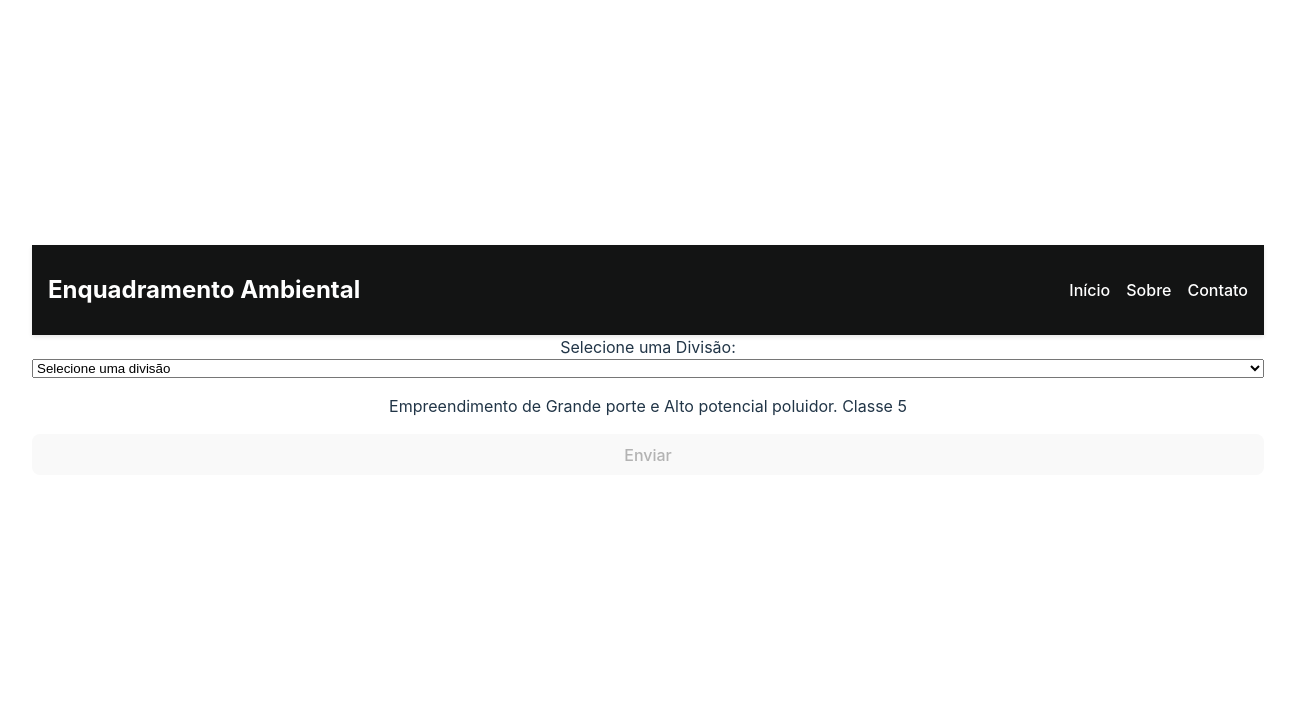
Repository: dev-celo/meio-ambiente
Page: /
An editor plug-in stored every save of this project. The page is shown before and after the next save, followed by the edit.
The browser window is 1280 px wide. The page is 1296 px wide, then 1280 px, so the pictures cover 1296 px, including what lies to the right of the window. The pictures show the whole page.
The project was rebuilt for these pictures with package versions that can differ from the ones it lists, and the page was loaded fresh each time. Also part of the build but not shown: vite.config.js.

Above is the page before, as saved 2025-01-25 09:35:16.

After the next save:
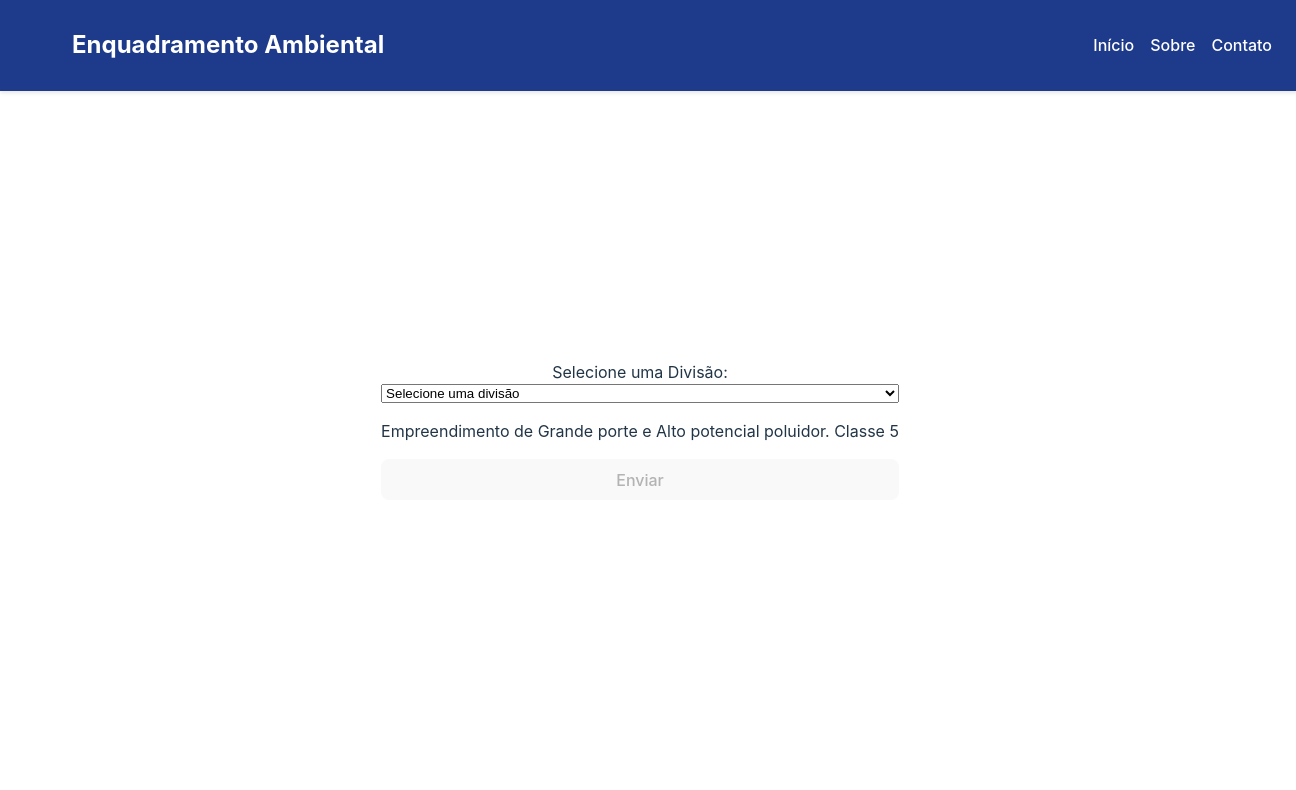
Saved 63 s later.
--- a/src/Components/Header.css
+++ b/src/Components/Header.css
@@ -1,38 +1,48 @@
 .header-container {
-  background-color: #131414; /* Azul escuro */
+  position: fixed; /* Fixa o header no topo da tela */
+  top: 0; /* Alinha ao topo */
+  left: 0; /* Alinha ao início horizontalmente */
+  width: 100%; /* Ocupa toda a largura */
+  background-color: #1e3a8a; /* Azul escuro */
   color: #ffffff; /* Texto branco */
-  padding: 1rem;
-  box-shadow: 0 2px 4px rgba(0, 0, 0, 0.1);
+  padding: 1rem 2rem; /* Espaçamento interno */
+  box-shadow: 0 2px 4px rgba(0, 0, 0, 0.1); /* Sombra sutil */
+  z-index: 1000; /* Garante que o header fique acima de outros elementos */
 }
 
 .header-content {
   display: flex;
-  justify-content: space-between;
-  align-items: center;
-  min-width: 1200px;
-  margin: 0 auto;
+  justify-content: space-between; /* Espaça os elementos (título e navegação) */
+  align-items: center; /* Alinha os itens verticalmente */
+  max-width: 1200px; /* Limita a largura máxima do conteúdo */
+  margin: 0 auto; /* Centraliza o conteúdo horizontalmente */
 }
 
 .header-title {
-  font-size: 1.5rem;
-  font-weight: bold;
+  font-size: 1.5rem; /* Tamanho do título */
+  font-weight: bold; /* Deixa o título em negrito */
 }
 
 .header-nav .nav-list {
-  list-style: none;
-  display: flex;
-  gap: 1rem;
-  margin: 0;
-  padding: 0;
+  list-style: none; /* Remove os marcadores padrão da lista */
+  display: flex; /* Exibe os itens em linha */
+  gap: 1rem; /* Espaçamento entre os links */
+  margin: 0; /* Remove espaçamento externo */
+  padding: 0; /* Remove espaçamento interno */
 }
 
 .header-nav .nav-list a {
-  text-decoration: none;
-  color: #ffffff;
-  font-size: 1rem;
-  transition: color 0.3s;
+  text-decoration: none; /* Remove o sublinhado dos links */
+  color: #ffffff; /* Deixa o texto branco */
+  font-size: 1rem; /* Tamanho da fonte */
+  transition: color 0.3s; /* Adiciona transição suave na cor */
 }
 
 .header-nav .nav-list a:hover {
-  color: #ffd700; /* Amarelo */
+  color: #ffd700; /* Amarelo ao passar o mouse */
 }
+
+body {
+  margin: 0; /* Remove margens externas do corpo */
+  padding-top: 70px; /* Espaçamento superior para evitar sobreposição do conteúdo pelo header */
+}
